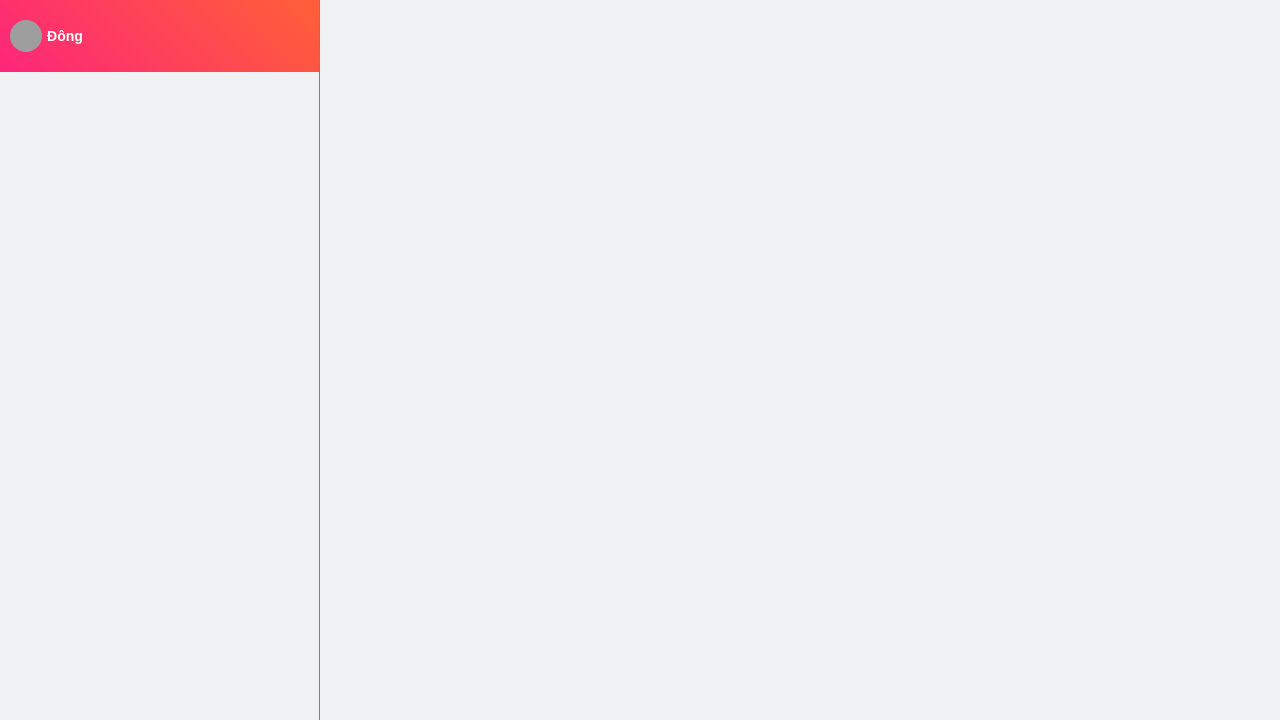
Repository: conquy2002/Project-Tinder
Page: Project RobinTinder/website/index.html
These files come from the project's save history. The page is drawn as it stood at one moment and after the next save; the edit follows.
The browser window is 1280 px wide. The pictures show the whole page.
Pictures or frames that could not be fetched are drawn as grey boxes.

Above is the page before, as saved 2022-01-07 08:42:15.

### Project RobinTinder/website/index.html
<!DOCTYPE html>
<html lang="en">
<head>
    <meta charset="UTF-8">
    <meta http-equiv="X-UA-Compatible" content="IE=edge">
    <meta name="viewport" content="width=device-width, initial-scale=1.0">
    <title>Robin Hẹn hò</title>
    <link rel="stylesheet" href="./css/style.css" />
</head>
<body>
    <div class="main">
        <aside class="nav">
            <div class="nav__header">
                <div class="nav__hearder--profile">
                    <img src = "https://scontent.fhph1-3.fna.fbcdn.net/v/t1.6435-1/c1.64.198.199a/p200x200/141433767_1108249559690088_990288042436184426_n.jpg?_nc_cat=107&ccb=1-5&_nc_sid=7206a8&_nc_ohc=5yxEM9Iimv0AX_4k7Ox&_nc_ht=scontent.fhph1-3.fna&oh=00_AT-vqYdzU7_RG4YwBws_REoHUQ_G1kzl29AkfIijrbwnXg&oe=61FCEA38">
                    <h3>Đông</h3>
                </div>
                <div class="nav__header--contact"></div>
            </div>
            <div class="nav__qc"></div>
            <div class="nav_content"></div>
        </aside>
        <div class="content"></div>
    </div>
</body>
</html>

### Project RobinTinder/website/css/style.css
*{
    margin: 0;
    padding: 0;
    box-sizing: border-box;
}
body{
    font-family: sans-serif,Helvetica,Arial;
}
.main{
    background-color: #f0f2f4;
    height: 100vh;
    width: 100%;
    display: flex;
}
.nav{
    flex-basis: 25%;
    height: 100%;
    border-right: .1px solid gray;
}
.nav__header{
    background: linear-gradient(
45deg,#fd267a,#ff6036);
    background-image: linear-gradient(
45deg, rgb(253, 38, 122), rgb(255, 96, 54));
    width: 100%;
    display: flex;
}
.nav__hearder--profile{
    display: flex;
    padding: 20px 10px;
    align-items: center;
    color: #fff;
    font-size: 12px;
    flex-basis: 25%;
}
.nav__hearder--profile img{
    height: 32px;
    width: 32px;
    border-radius: 50%;
    margin-right: 5px;
}

.content{

}

After the next save:
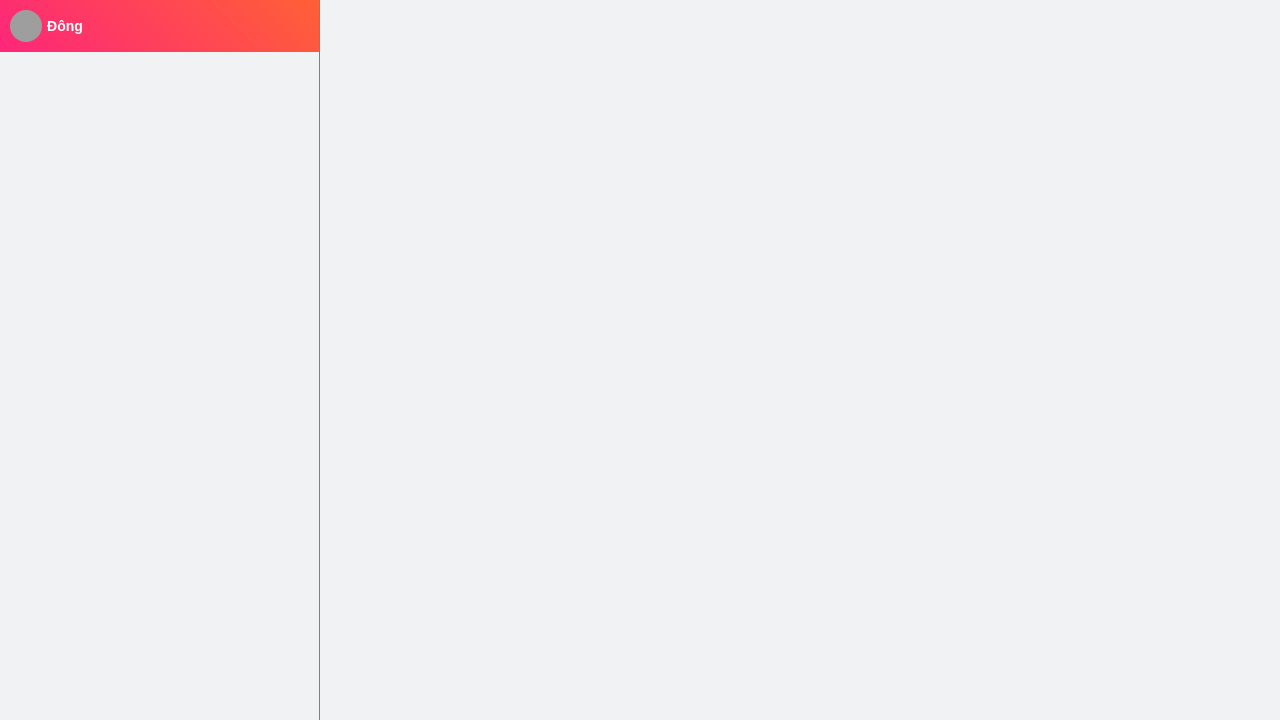
Saved 6 s later.
--- a/Project RobinTinder/website/css/style.css
+++ b/Project RobinTinder/website/css/style.css
@@ -27,7 +27,7 @@
 }
 .nav__hearder--profile{
     display: flex;
-    padding: 20px 10px;
+    padding: 10px 10px;
     align-items: center;
     color: #fff;
     font-size: 12px;
